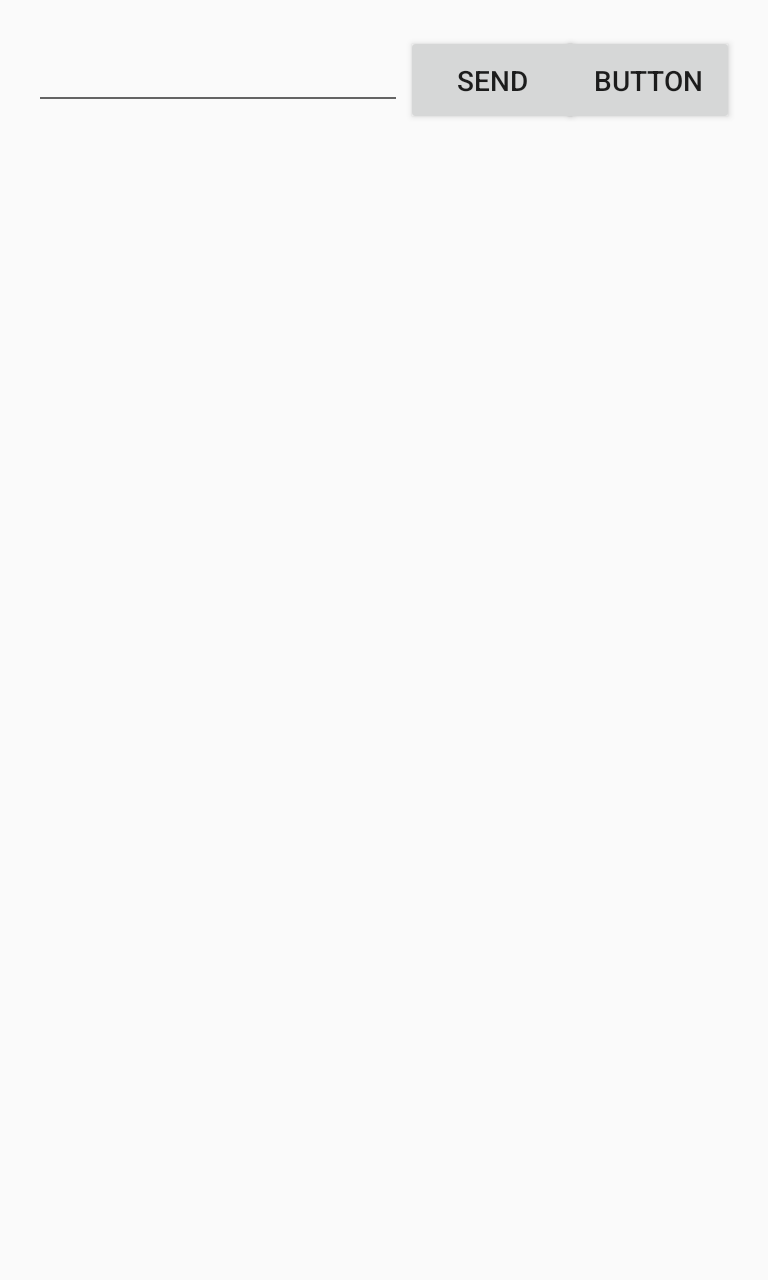
Repository: pgao/idd_hw5
Layout: hw5_android/res/layout/activity_main.xml
The author's editor kept a copy of each file at every save. The layout is drawn from the files as they stood at one save, then again after the next save.
It is drawn on a 768 x 1280 px phone screen (xhdpi) without system bars, with theme AppTheme; the app's code is not run.

Above is the layout before, as saved 2014-11-06 21:45:40.

After the next save:
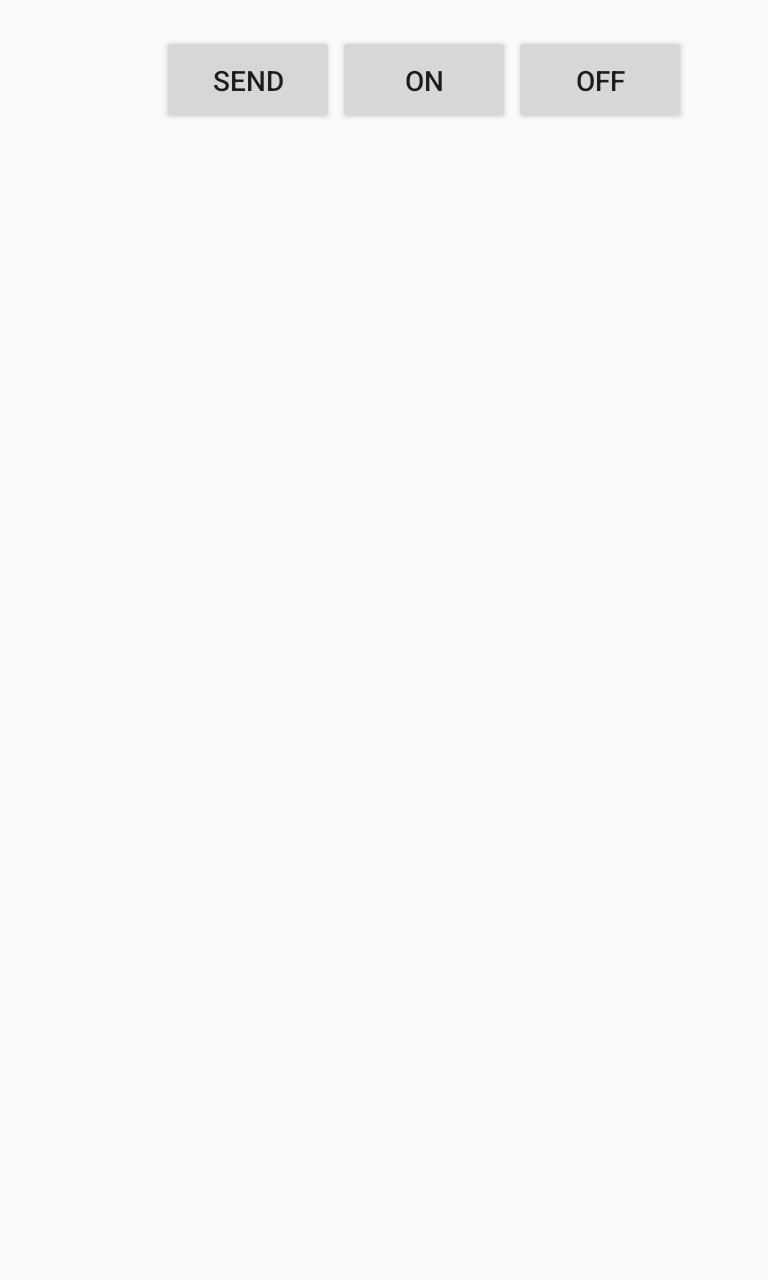
Saved 98 s later.
--- a/hw5_android/res/layout/activity_main.xml
+++ b/hw5_android/res/layout/activity_main.xml
@@ -7,14 +7,6 @@
     android:paddingRight="@dimen/activity_horizontal_margin"
     android:paddingTop="@dimen/activity_vertical_margin"
     tools:context="com.example.hw5_android.MainActivity" >
-
-    <EditText
-        android:id="@+id/input"
-        android:layout_width="wrap_content"
-        android:layout_height="wrap_content"
-        android:layout_alignParentLeft="true"
-        android:layout_alignParentTop="true"
-        android:layout_toLeftOf="@id/send" />
 
     <ScrollView
         android:id="@+id/scrollView1"
@@ -33,9 +25,8 @@
         android:id="@+id/send"
         android:layout_width="wrap_content"
         android:layout_height="wrap_content"
-        android:layout_alignRight="@+id/scrollView1"
-        android:layout_alignTop="@+id/input"
-        android:layout_marginRight="78dp"
+        android:layout_alignLeft="@+id/scrollView1"
+        android:layout_marginLeft="64dp"
         android:onClick="sendClick"
         android:text="Send" />
 
@@ -43,9 +34,17 @@
         android:id="@+id/btnOn"
         android:layout_width="wrap_content"
         android:layout_height="wrap_content"
-        android:layout_alignBaseline="@+id/send"
-        android:layout_alignBottom="@+id/send"
-        android:layout_alignRight="@+id/scrollView1"
-        android:text="Button" />
+        android:layout_above="@+id/scrollView1"
+        android:layout_toRightOf="@+id/send"
+        android:text="On" />
+
+    <Button
+        android:id="@+id/btnOff"
+        android:layout_width="wrap_content"
+        android:layout_height="wrap_content"
+        android:layout_alignBaseline="@+id/btnOn"
+        android:layout_alignBottom="@+id/btnOn"
+        android:layout_toRightOf="@+id/btnOn"
+        android:text="Off" />
 
 </RelativeLayout>
